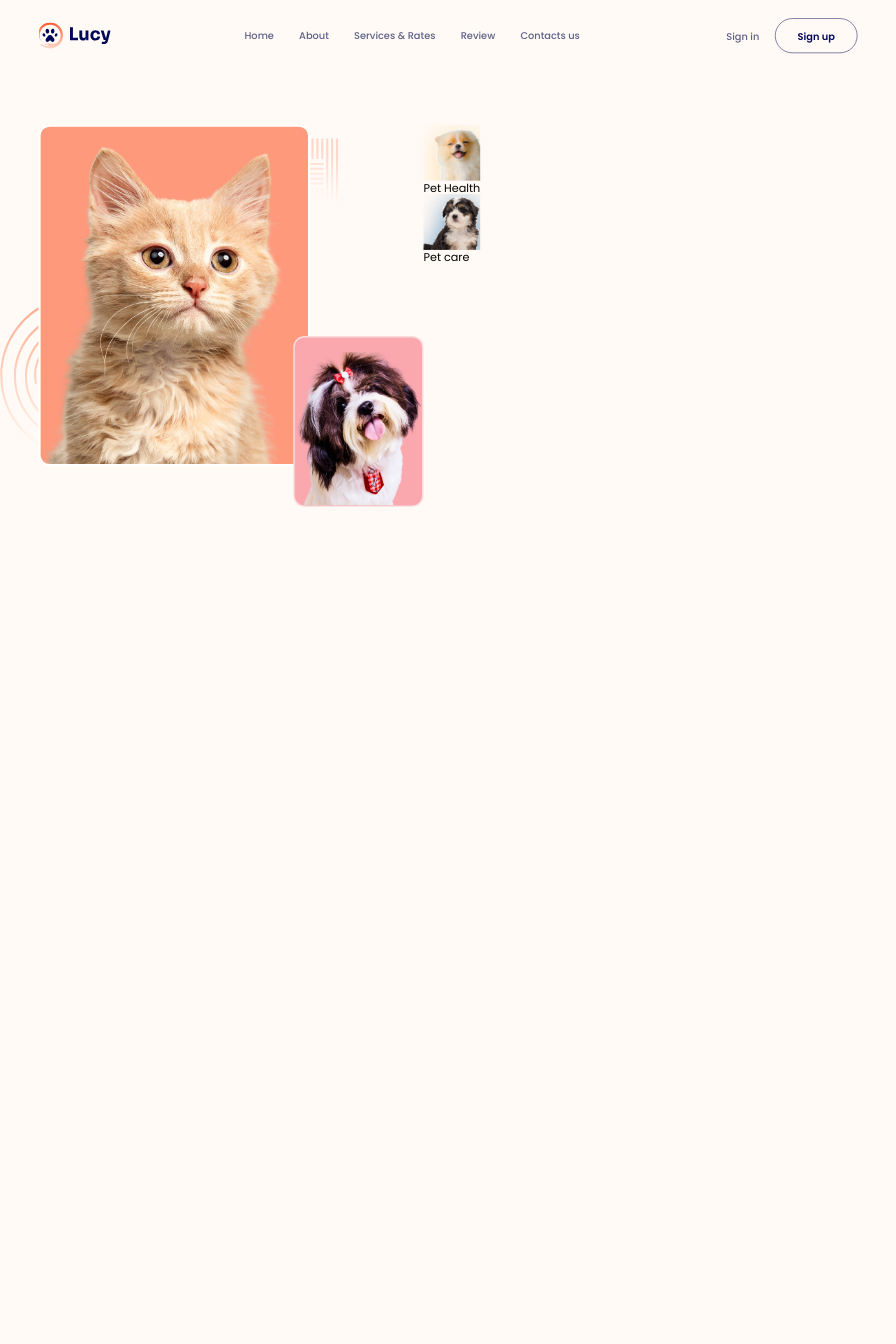
Repository: anhtien111198/f8-htmlcss-04
Page: index.html
An editor plug-in stored every save of this project. The page is shown before and after a run of saves, followed by the edit.
The browser window is 1280 px wide. The pictures show the part of the page from y = 0 to 1920 px (the page is 5000 px tall), at 70% of full size.

Above is the page before, as saved 2023-05-17 11:24:06.

After the next 2 saves:
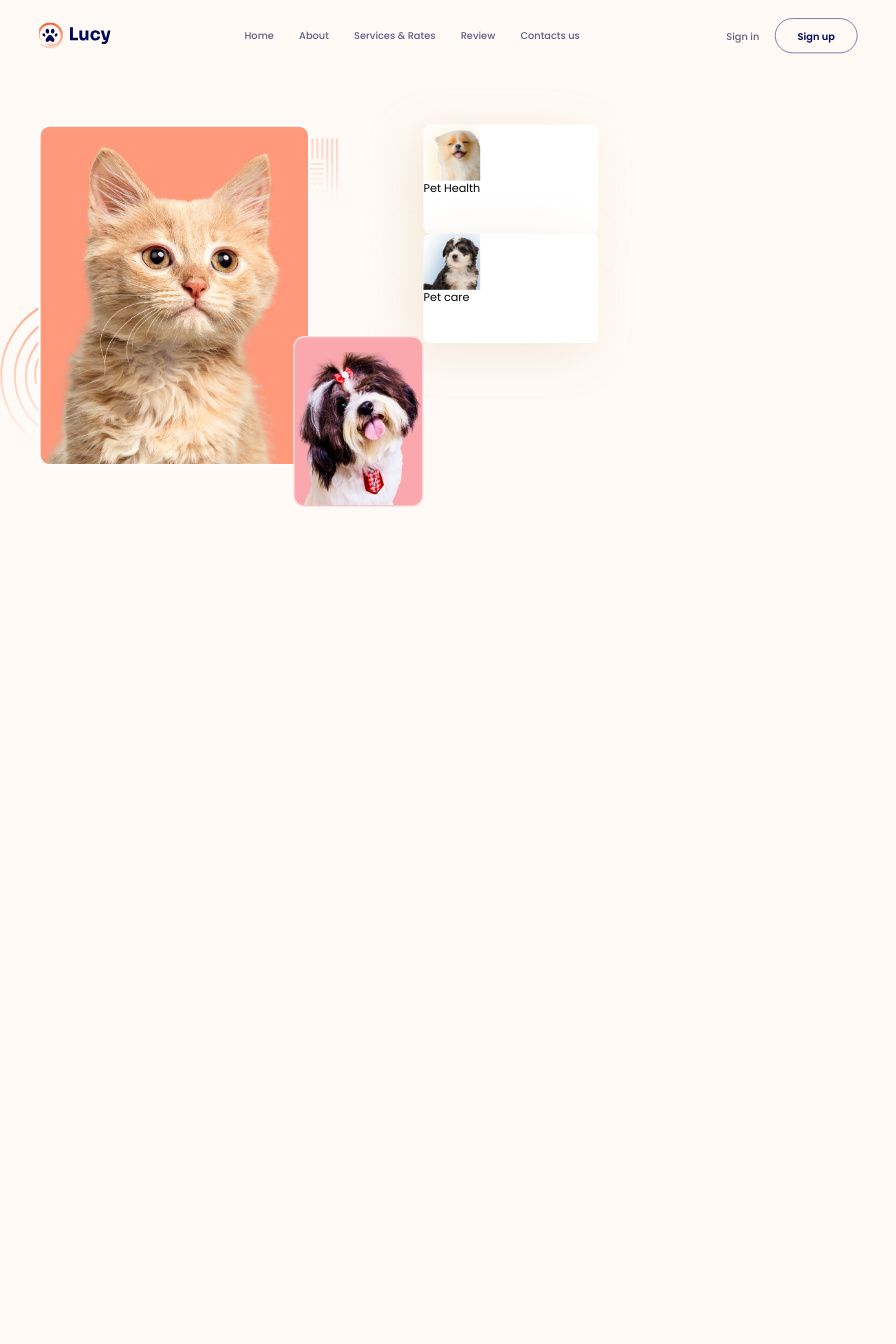
The 2 saves are shown as one change because they came seconds apart.
The last was saved 28 s later.
--- a/assets/css/style.css
+++ b/assets/css/style.css
@@ -128,4 +128,10 @@ select {
     border: 2px solid #f7dddf;
     background: #faa7ad;
 }
-.hero-list-item;
+.hero-list-item {
+    width: 250px;
+    height: 156px;
+    background: #ffffff;
+    box-shadow: -17px 14px 68px -4px rgba(207, 174, 132, 0.25);
+    border-radius: 10px;
+}
